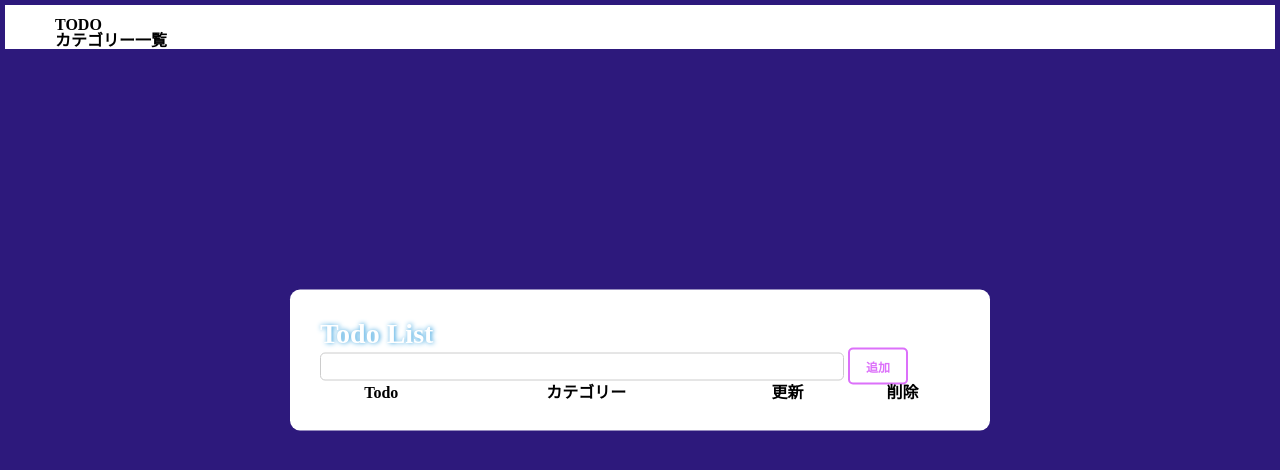
Repository: azuma2/cate
Page: http://localhost/
An editor plug-in stored every save of this project. The page is shown before and after a run of saves, followed by the edit.
The browser window is 1280 px wide. The pictures show the whole page.
The page is served by the project's Laravel application, run on PHP 8.4 with Laravel 8. Queries for data that is not in the repository find no rows.

Above is the page before, as saved 2022-05-17 02:44:35.

After the next 3 saves:
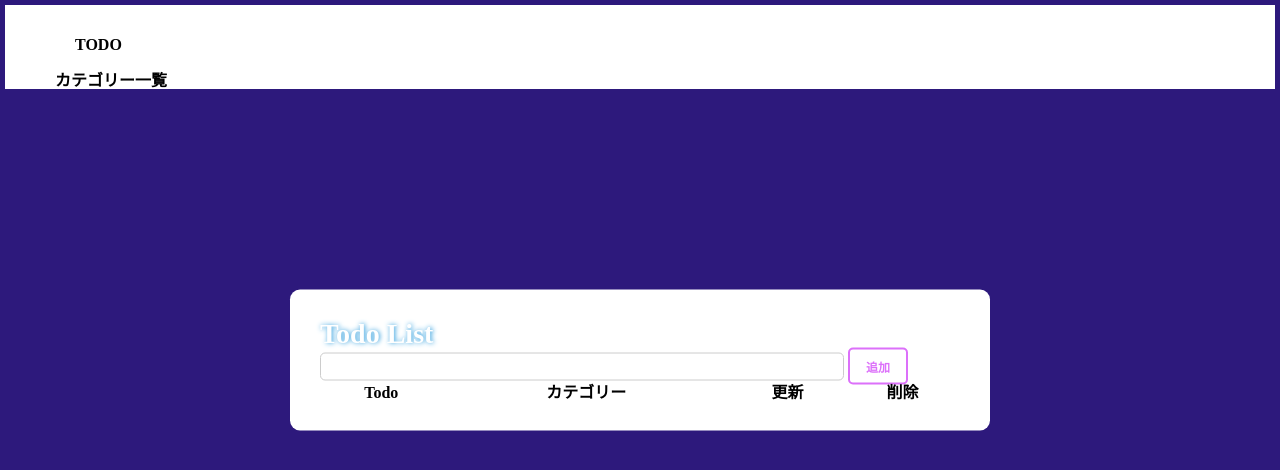
The 3 saves are shown as one change because they came seconds apart.
The last was saved 30 s later.
--- a/resources/views/index.blade.php
+++ b/resources/views/index.blade.php
@@ -32,7 +32,8 @@ header{
 }
 
 .head1{
-
+  padding: 10px;
+  margin: 10px;
 }
 
 
